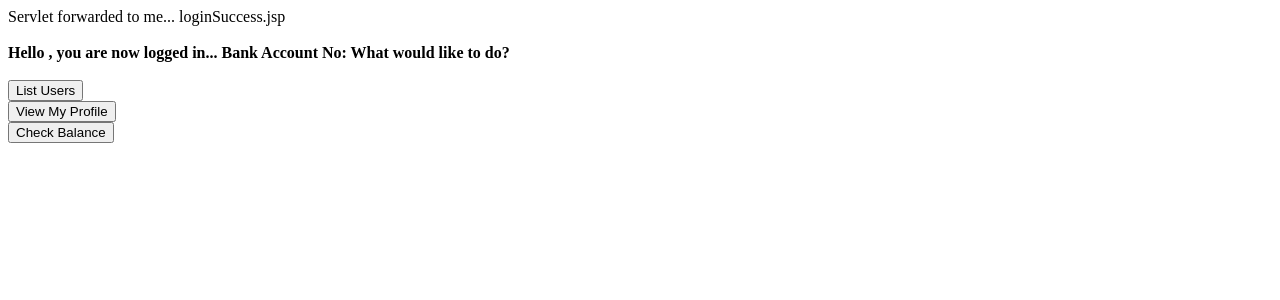
Repository: kingron98/SoftEng-Bank-Web-Application-
Page: http://localhost/SE3_BankWebApp/loginSuccess.jsp
An editor plug-in stored every save of this project. The page is shown before and after the next save, followed by the edit.
The browser window is 1280 px wide. The pictures show the whole page.
The page is served by Tomcat 9. Other server files are loaded and not shown.

Above is the page before, as saved 2020-12-10 17:03:19.

### SE3 Bank App/Java/Workspace/SE3_BankWebApp/WebContent/loginSuccess.jsp
<%@ page language="java" contentType="text/html; charset=ISO-8859-1" pageEncoding="ISO-8859-1"%>

<%@ taglib uri="http://java.sun.com/jsp/jstl/core" prefix="c" %>

<!DOCTYPE html PUBLIC "-//W3C//DTD HTML 4.01 Transitional//EN" "http://www.w3.org/TR/html4/loose.dtd">
<html>

<head>
<meta http-equiv="Content-Type" content="text/html; charset=ISO-8859-1">
<title>Insert title here</title>
</head>

<body>
	Servlet forwarded to me... loginSuccess.jsp

	<br/><br/>

	<c:set var="customer" value="${sessionScope.customer}"/>
	<c:set var="bankaccount" value="${sessionScope.bankaccount}"/>
	<b>Hello <c:out value="${customer.customerName}"/>, you are now logged in...</b>
	<b>Bank Account No: <c:out value="${bankaccount.accountId}"/></b>
	<b>What would like to do?</b>

	<br/><br/>

	<form action="FrontController" method="post">
	     <input type="hidden" name="action" value="ListUsers" />
         <input type="submit" value="List Users" />
    </form>
    <form action="FrontController" method="post">
	     <input type="hidden" name="action" value="ViewUserProfile" />
         <input type="submit" value="View My Profile" />
    </form>
    <form action="FrontController" method="post">
	     <input type="hidden" name="action" value="CheckBalance" />
         <input type="submit" value="Check Balance" />
    </form>

</body>

</html>

After the next save:
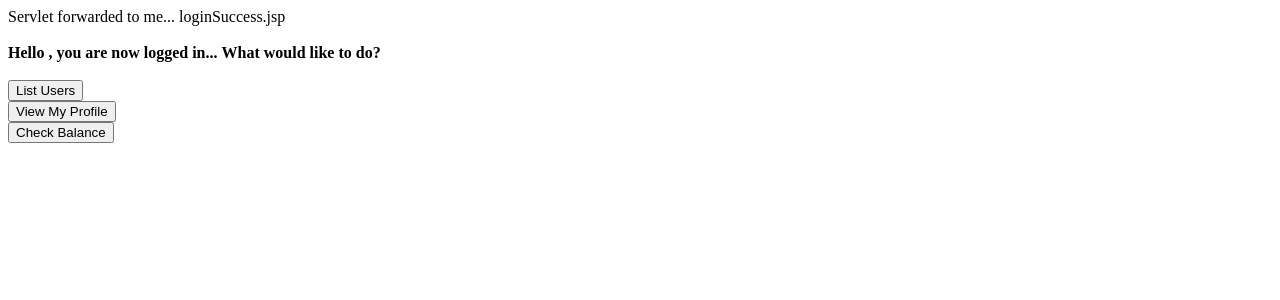
Saved 24 s later.
--- a/SE3 Bank App/Java/Workspace/SE3_BankWebApp/WebContent/loginSuccess.jsp
+++ b/SE3 Bank App/Java/Workspace/SE3_BankWebApp/WebContent/loginSuccess.jsp
@@ -18,7 +18,6 @@
 	<c:set var="customer" value="${sessionScope.customer}"/>
 	<c:set var="bankaccount" value="${sessionScope.bankaccount}"/>
 	<b>Hello <c:out value="${customer.customerName}"/>, you are now logged in...</b>
-	<b>Bank Account No: <c:out value="${bankaccount.accountId}"/></b>
 	<b>What would like to do?</b>
 
 	<br/><br/>
